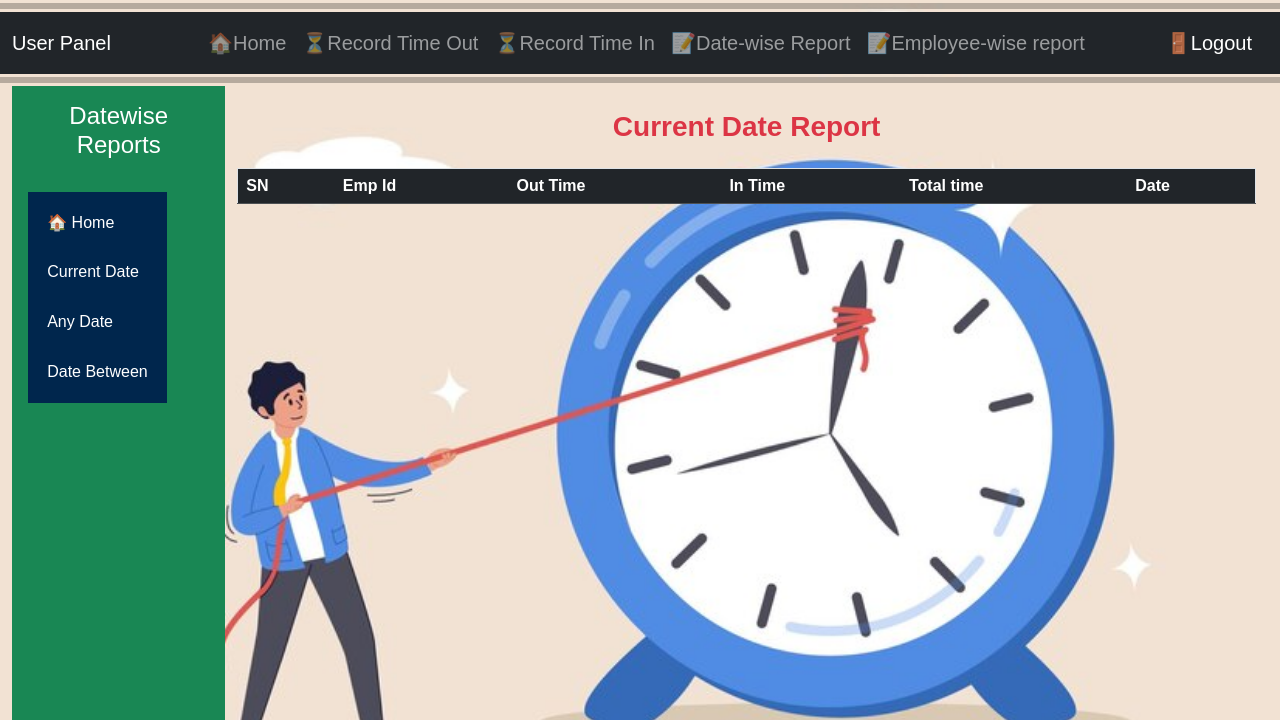
Repository: tecresearch/fullstack-training
Page: http://localhost/user/reports/datewise/anydate-dashboard
The author's editor kept a copy of each file at every save. The page is drawn from the files as they stood at one save, then again after the next save.
The browser window is 1280 px wide. The pictures show the whole page.
The page is this project's Thymeleaf template; nobody is signed in. The template is opened directly, without the code that normally fills it, so the values that code supplies are empty.

Above is the page before, as saved 2025-03-19 07:16:32.

### a4-spring-boot/employee-time-tracker/src/main/resources/templates/user/reports/datewise/anydate-dashboard.html
<html xmlns:th="http://www.thymeleaf.org">
<!-- admin navbar -->
<div th:insert="~{@{user/user-navbar}}"></div>

<head>
	<meta charset="UTF-8">
	<meta name="viewport" content="width=device-width, initial-scale=1.0">
	<title>Datewise Report Dashboard</title>
</head>

<body class="ubg-image">
	<div class="container-fluid">
		<div class="row">
			<!-- Sidebar -->
			<div th:insert="~{@{user/reports/datewise/date-sidebar}}"></div>
			<!-- Main Content -->
			<main class="col-md-9 col-lg-10 offset-md-3 offset-lg-2 p-4">
				<div class="d-flex justify-content-center align-items-center mb-3">
					<h3 class="fw-bold text-danger">Current Date Report</h3>
				</div>

				<!-- Current Date Report Table -->
				<div class="table-responsive">
					<table class="table table-striped table-hover border rounded">
						<thead class="table-dark">
							<tr>
								<th>SN</th>
								<th>Emp Id</th>
								<th>Out Time</th>
								<th>In Time</th>
								<th>Total time</th>
								<th>Date</th>
							</tr>
						</thead>
						<tbody>
							<tr th:each="timeInfo:${currentDateList}">
								<td>1</td>
								<td th:text="${timeInfo.empId}"></td>
								<td th:text="${timeInfo.outime}"></td>
								<td th:text="${timeInfo.intime}"></td>
								<td th:text="${timeInfo.totaltime}"></td>
								<td th:text="${timeInfo.date}"></td>
							</tr>
						</tbody>
					</table>
				</div>
			</main>
		</div>
	</div>
	<script src="https://cdn.jsdelivr.net/npm/bootstrap@5.3.0/dist/js/bootstrap.bundle.min.js"></script>
</body>

</html>

### a4-spring-boot/employee-time-tracker/src/main/resources/templates/user/user-navbar.html
<html xmlns:th="http://www.thymeleaf.org">
  <head>
	<div th:insert="~{@{csslink}}"></div>
	<style>
		.bt {
           padding: 5px 10px;
		   border-radius: 5px;
		   transition: background-color 0.3s;
		   color:blue;
		   font-size:1.5vw;
		   background-color: white;
		   margin-left: 5px;
		   margin-top: 0px;
		 }
		.nav-link:hover{
			color:white;
		}
    </style>
	<script>
	        document.addEventListener("DOMContentLoaded", function () {

				document.querySelectorAll("nav a").forEach(link => {
				    if (link.href === window.location.href) {
				      link.classList.add("active");
				    }
				  });
	        });
	    </script>
</head>
<body>
  <hr style="border:3px solid black;margin-top:3px;margin-bottom:3px">
  <nav class="navbar navbar-expand-lg navbar-dark bg-dark">
	<div class="container-fluid">
	   <a class="navbar-brand" href="#">User Panel</a>
	   <button class="navbar-toggler" type="button" data-bs-toggle="collapse" data-bs-target="#navbarNav">
		 <span class="navbar-toggler-icon"></span>
	   </button>
	   <div class="collapse navbar-collapse justify-content-center" id="navbarNav">
	 	<ul class="navbar-nav">
		  <li class="nav-item">
		     <a class="nav-link fs-5" href="/employee-timetracker/user/home">🏠Home</a>
		  </li>
		  <li class="nav-item">
			 <a class="nav-link fs-5" id="recordTimeOut" data-bs-target="#employeeTimeOutModal" data-bs-toggle="modal" href="#">⏳Record Time Out</a>
		  </li>
		  <li class="nav-item">
			 <a class="nav-link fs-5" id="recordTimeIn" data-bs-target="#employeeTimeInModal" data-bs-toggle="modal" href="#">⏳Record Time In</a>
		  </li>
		  <li class="nav-item">
			 <a class="nav-link fs-5" href="/employee-timetracker/user/datewise/report">📝Date-wise Report</a>
		  </li>
		  <li class="nav-item">
		     <a class="nav-link fs-5" href="#">📝Employee-wise report</a>
		  </li>
		</ul>
	  </div>
	  <a class="navbar-brand" href="#">🚪Logout</a>
	 </div>
    </nav>
   </div>
   <hr style="border:3px solid black;margin-top:3px;margin-bottom:3px">
</body>
</html>

### a4-spring-boot/employee-time-tracker/src/main/resources/templates/csslink.html
<link th:href="@{/CSS/bootstrap.min.css}" rel="stylesheet">
<link th:href="@{/CSS/timetracker.css?v=2.0}" rel="stylesheet">
<script src="https://code.jquery.com/jquery-3.6.0.min.js"></script>
<script th:src="@{/JS/employee/ajax.js?v=2.0}" type="module"></script>
<script th:src="@{/JS/user.js?v=2.0}"></script>
<script th:src="@{/JS/user/userajax.js?v=2.0}" type="module"></script>
<script th:src="@{/JS/user/check.js?v=2.0}"></script>

### a4-spring-boot/employee-time-tracker/src/main/resources/templates/user/reports/datewise/date-sidebar.html
<nav class="col-md-3 col-lg-2 d-md-block bg-success text-white vh-100 position-fixed">
	<div class="p-3">
		<h4 class="text-center">Datewise Reports</h4>
		<ul class="nav flex-column mt-4 position-fixed">
			<li class="nav-item">
				<a class="nav-link text-white active" href="#">🏠 Home</a>
			</li>
			<li class="nav-item">
				<a class="nav-link text-white" id="addUser1" data-bs-toggle="modal" data-bs-target="#addUserModal" href="#">Current Date</a>
			</li>
			<li class="nav-item">
				<a class="nav-link text-white" id="listUser" data-bs-toggle="modal" data-bs-target="#listUserModal" href="#">Any Date</a>
			</li>
			<li class="nav-item">
				<a class="nav-link text-white" data-bs-toggle="modal" data-bs-target="#deleteUserModal" href="#">Date Between</a>
			</li>
		</ul>
	</div>
</nav>

### a4-spring-boot/employee-time-tracker/src/main/resources/static/CSS/timetracker.css
body {
    font-family: Arial, sans-serif;
    margin: 0;
    padding: 0;
    background-color: #f4f4f4;
}
.header {
    background-color: #004080;
    color: white;
    padding: .8vw;
    text-align: center;
}
.nav {
    display: flex;
    justify-content: center;
    background: #00264d;
    padding: .5vw;
}
.nav a {
    color: white;
    padding: 1vw 1vw;
    text-decoration: none;
}
.hero {
    height: 20vw;
    display: flex;
    align-items: center;
    justify-content: center;
    color: white;
    font-size: 1.3vw;
    text-shadow: 2px 2px 5px rgba(0, 0, 0, 0.5);
}
.services {
    text-align: center;
    padding: .5vw;
}
.services div {
    display: inline-block;
    background: white;
    padding: .5vw;
    margin: .5vw;
    border-radius:.2vw;
    box-shadow: 0px 0px .5vw rgba(0, 0, 0, 0.1);
}
.footer {
    background: #004080;
    color: white;
    text-align: center;
    padding: .5vw;
    margin-top: .2vw;
}
.ddm{
    background:#00264d;
}
.bt{
    border:none;
    color:white;
    cursor: pointer;
    background: #00264d;
    margin-top: 12px;
}
a.dropdown-item:hover{
    background:white;
    color:#00264d;
}
.bg-image{
	background: url("../images/time.jpg")no-repeat center center/cover
}
.ubg-image{
	background: url("../images/tracker2.jpg")no-repeat center center/cover
}
.ch{
	height:18vw;
}

### a4-spring-boot/employee-time-tracker/src/main/resources/static/JS/employee/ajax.js
import { loadEmployeeDelete } from './empdelete.js';
import { loadEmployeeEdit } from './empedit.js';
import { popupAddDepartment, popupRole } from './emppopup.js';
import { loadEmployeeList } from './emplist.js';
$(document).ready(function() {
	$("#loadDeleteEmployee").click(function() {
		loadEmployeeDelete();
	});
	$("#loadEditEmployee").click(function() {
		loadEmployeeEdit();
	});
	$("#addEmployee").click(function() {
		popupAddDepartment();
	});
	$("#addEmployee1").click(function() {
		popupAddDepartment();
	});
	$("#department").change(function() {
		alert($(this).val());
		popupRole($(this).val(), "role");
	});
	$("#edepartment").change(function() {
		popupRole($(this).val(), "erole");
	});
	$("#listEmployee").click(function() {
		loadEmployeeList();
	});
});

### a4-spring-boot/employee-time-tracker/src/main/resources/static/JS/user.js
function matchPassword() {

	if (document.getElementById("rpassword").value != document.getElementById("password").value) {
		alert("Repeat password doen not match with password")
		return false;
	}
	return true;
}
function validatePassword() {
	var password = document.getElementById("password").value;
	var pattern = /^(?=.*[A-Z])(?=.*[a-z])(?=.*\d)(?=.*[@#$%^&+=!]).{8,}$/;
	var message = document.getElementById("passwordMessage");

	if (!pattern.test(password)) {
		message.style.color = "red";
		message.innerHTML = "Password must be at least 8 characters long and include uppercase, lowercase, a number, and a special character.";
		return false;
	} else {
		message.style.color = "green";
		message.innerHTML = "Strong password!";
		return true;
	}
}
function validatePasswordMatch() {
	var password = document.getElementById("password").value;
	var confirmPassword = document.getElementById("rpassword").value;
	var message = document.getElementById("passwordMatchMessage");

	if (confirmPassword.length > 0) {
		if (password === confirmPassword) {
			message.style.color = "green";
			message.innerHTML = "Passwords match!";
		} else {
			message.style.color = "red";
			message.innerHTML = "Passwords do not match!";
		}
	} else {
		message.innerHTML = "";
	}
}
function validateEmail() {
	var email = document.getElementById("email").value;
	var emailPattern = /^[a-zA-Z0-9._%+-]+@[a-zA-Z0-9.-]+\.[a-zA-Z]{2,}$/;
	var message = document.getElementById("emailMessage");

	if (emailPattern.test(email)) {
		message.style.color = "green";
		message.innerHTML = "Valid email!";
	} else {
		message.style.color = "red";
		message.innerHTML = "Invalid email format!";
	}
}

### a4-spring-boot/employee-time-tracker/src/main/resources/static/JS/user/userajax.js
import { popupEmployeeInName,popupEmployeeOutName } from './namepopup.js';
$(document).ready(function() {
	$("#recordTimeOut").click(function() {
		popupEmployeeInName()
	});
	$("#recordTimeIn").click(function() {
			popupEmployeeOutName()
	});
});

### a4-spring-boot/employee-time-tracker/src/main/resources/static/JS/user/check.js
function checkUserExistense()
{
		$.ajax(
		{
			url: "/employee-timetracker/admin/user/get-user?username=" + document.getElementById("username").value,
			type: "GET",
			success: function(response)
			{
				if (response)
				{
					document.getElementById("userExistMessage").innerHTML = "User name alerady exist";
					return false;
				}
			},
			error: function()
			{
				console.error("AJAX Error: " + error);
			}
		});
	return true;
  }

### a4-spring-boot/employee-time-tracker/src/main/resources/static/JS/employee/empdelete.js
export function loadEmployeeDelete() {
	$.ajax({
		url: "/employee-timetracker/admin/employee/get-employee-delete?eid=" + document.getElementById("deleteEid").value,
		type: "GET",
		success: function(response) {
			if (response.msg != null) {
				alert(response.msg);
			}
			else {
				document.getElementById("employeeDeleteDetails").style.display = "block";
				alert(response.department);
				for (let key in response) {
					document.getElementById("lbl"+key).innerHTML = response[key];
				}
			}
		},
		error: function() {
			console.error("AJAX Error: " + error);
		}
	});
}
//window.loadEmployeeDelete = loadEmployeeDelete;

### a4-spring-boot/employee-time-tracker/src/main/resources/static/JS/employee/empedit.js
import { popupEditDepartment,popupRole} from './emppopup.js';
export function loadEmployeeEdit() {
	$.ajax({
		url: "/employee-timetracker/admin/employee/get-employee-edit?eid=" + document.getElementById("editEid").value,
		type: "GET",
		success: function(response) {
			if (response.msg != null) {
				document.getElementById("employeeEditDetails").style.display = "none";
				alert(response.msg);
			}
			else {
				document.getElementById("employeeEditDetails").style.display = "block";
				popupEditDepartment(response["department"],response["role"]);
				for (let key in response) {
					if(key!="department")
						document.getElementById(key).value = response[key];
				}
				//popupRole(document.getElementById("edepartment").value,"erole");
			}
		},
		error: function() {
			console.error("AJAX Error: " + error);
		}
	});
}

### a4-spring-boot/employee-time-tracker/src/main/resources/static/JS/employee/emppopup.js
export function popupAddDepartment() {
	$.ajax({
		url: "/employee-timetracker/admin/employee/department-list",
		type: "GET",
		success: function(response) {
			let deptDropdown = $("#department");
			deptDropdown.empty();
			for (let key in response) {
				deptDropdown.append('<option value="' + key + '">' + response[key] + '</option>')
			}
			popupRole(document.getElementById("department").options[0].value,"role");
		},
		error: function() {
			console.error("AJAX Error:", error);
		}
	});
}
export function popupEditDepartment(deptId,roleId) {
	$.ajax({
		url: "/employee-timetracker/admin/employee/department-list",
		type: "GET",
		success: function(response) {
			let deptDropdown = $("#edepartment");
			deptDropdown.empty();
			//deptDropdown.append('<option value="-1">Choose Department</option>')
			for (let key in response) {
				if(deptId==key)
					deptDropdown.append('<option selected="selected" value="' + key + '">' + response[key] + '</option>');
				else
					deptDropdown.append('<option value="' + key + '">' + response[key] + '</option>');
			}
			popupRole1(deptId,"erole",roleId);
		},
		error: function() {
			console.error("AJAX Error:", error);
		}
	});
}
export function popupRole(deptId,role) {
	let roleDropDown = $("#"+role);
	$.ajax({
		url: "/employee-timetracker/admin/employee/role-list?deptId=" + deptId,
		type: "GET",
		success: function(response) {
			roleDropDown.empty();
			for (let key in response) {
				roleDropDown.append('<option value="' + key + '">' + response[key] + '</option>')
			}
		},
		error: function() {
			console.error("AJAX Error:", error);
		}
	});
}
export function popupRole1(deptId,role,roleId) {
	let roleDropDown = $("#"+role);
	$.ajax({
		url: "/employee-timetracker/admin/employee/role-list?deptId=" + deptId,
		type: "GET",
		success: function(response) {
			roleDropDown.empty();
			for (let key in response) {
				if(roleId==key)
					roleDropDown.append('<option selected value="' + key + '">' + response[key] + '</option>')
				else
					roleDropDown.append('<option value="' + key + '">' + response[key] + '</option>');
			}
		},
		error: function() {
			console.error("AJAX Error:", error);
		}
	});
}

### a4-spring-boot/employee-time-tracker/src/main/resources/static/JS/employee/emplist.js
export function loadEmployeeList() {
	$.ajax({
		url: "/employee-timetracker/admin/employee/get-employee-list",
		type: "GET",
		success: function(response) {
			let tableBody=$("#employeeList tbody");
			tableBody.empty();
			response.forEach(item=>{
				let row=`<tr>
				   <td>${item.empId}</td>
				   <td>${item.firstname}</td>
				   <td>${item.lastname}</td>
				   <td>${item.email}</td>
				   <td>${item.phone}</td>
				   <td><a href="#">${item.deptId}</a></td>
				   <td><a href="#">${item.roleId}</a></td>
				   <td>${item.timein}</td>
				   <td>${item.timeout}</td>
				</tr>`;
				tableBody.append(row);
			});
		},
		error: function() {
			console.error("AJAX Error: " + error);
		}
	});
}

### a4-spring-boot/employee-time-tracker/src/main/resources/static/JS/user/namepopup.js
export function popupEmployeeInName() {
	$.ajax({
		url: "/employee-timetracker/user/time/employee-inlist",
		type: "GET",
		success: function(response) {
				let deptDropdown = $("#inEmpId");
			deptDropdown.empty();
			for (let key in response) {
				deptDropdown.append('<option value="' + key + '">' + response[key] + '('+key+')</option>')
			}
		},
		error: function() {
			console.error("AJAX Error:", error);
		}
	});
}
export function popupEmployeeOutName() {
	$.ajax({
		url: "/employee-timetracker/user/time/employee-outlist",
		type: "GET",
		success: function(response) {
				let deptDropdown = $("#outEmpId");
			deptDropdown.empty();
			for (let key in response) {
				deptDropdown.append('<option value="' + key + '">' + response[key] + '('+key+')</option>')
			}
		},
		error: function() {
			console.error("AJAX Error:", error);
		}
	});
}

Loaded but not shown: a4-spring-boot/employee-time-tracker/src/main/resources/static/CSS/bootstrap.min.css (library)

After the next save:
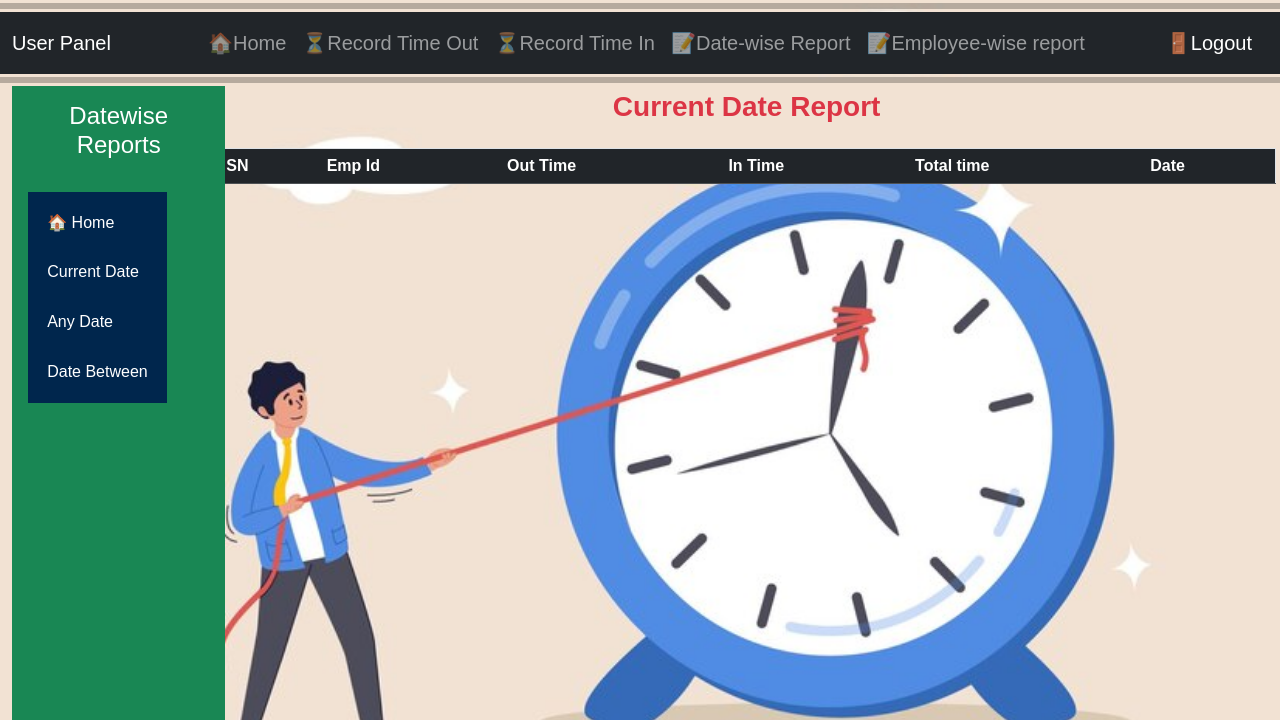
Saved 10 s later.
--- a/a4-spring-boot/employee-time-tracker/src/main/resources/templates/user/reports/datewise/anydate-dashboard.html
+++ b/a4-spring-boot/employee-time-tracker/src/main/resources/templates/user/reports/datewise/anydate-dashboard.html
@@ -14,7 +14,7 @@
 			<!-- Sidebar -->
 			<div th:insert="~{@{user/reports/datewise/date-sidebar}}"></div>
 			<!-- Main Content -->
-			<main class="col-md-9 col-lg-10 offset-md-3 offset-lg-2 p-4">
+			<main class="col-md-9 col-lg-10 offset-md-3 offset-lg-2 p-1">
 				<div class="d-flex justify-content-center align-items-center mb-3">
 					<h3 class="fw-bold text-danger">Current Date Report</h3>
 				</div>
